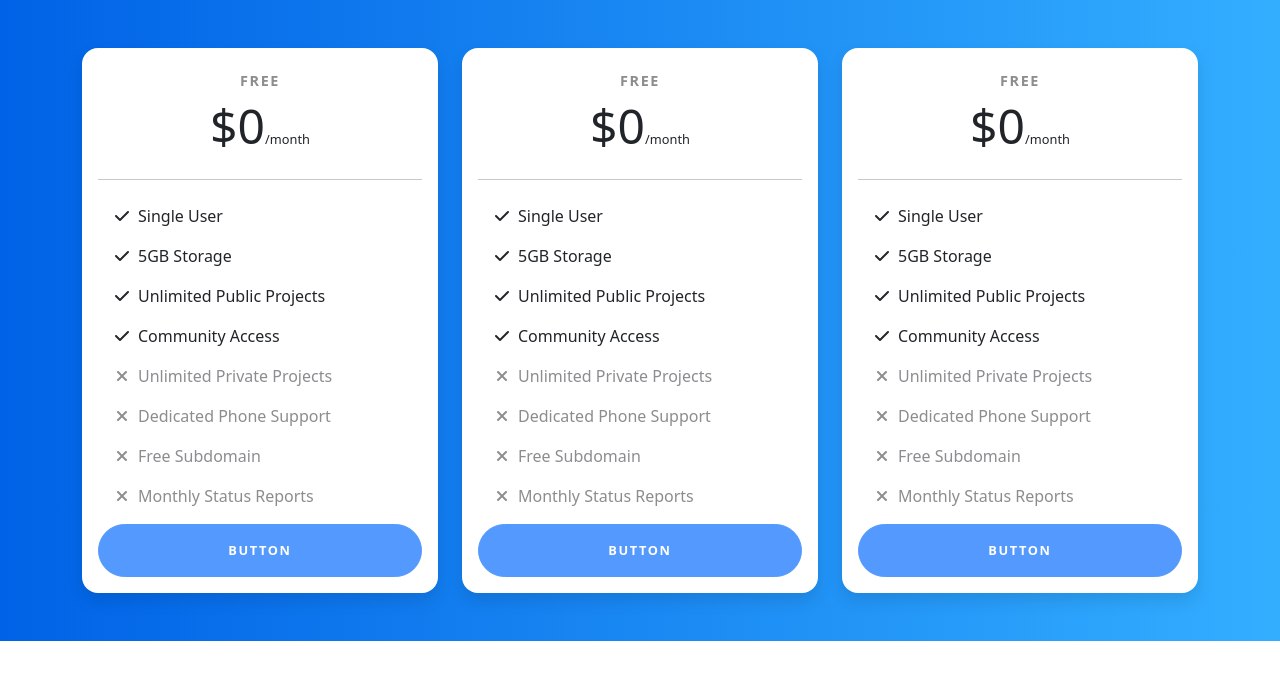
Repository: muzthy8/price-card
Page: /
These files come from the project's save history. The page is drawn as it stood at one moment and after the next save; the edit follows.
The browser window is 1280 px wide. The pictures show the whole page.
Some web libraries are served in a nearby version. The project was rebuilt for these pictures with package versions that can differ from the ones it lists, and the page was loaded fresh each time.

Above is the page before, as saved 2023-06-23 10:10:34.

### public/index.html
<!DOCTYPE html>
<html lang="en">
  <head>
    <meta charset="utf-8" />
    <link rel="icon" href="%PUBLIC_URL%/favicon.ico" />
    <meta name="viewport" content="width=device-width, initial-scale=1" />
    <meta name="theme-color" content="#000000" />
    <meta
      name="description"
      content="Web site created using create-react-app"
    />
    <link rel="apple-touch-icon" href="%PUBLIC_URL%/logo192.png" />
    <!--
      manifest.json provides metadata used when your web app is installed on a
      user's mobile device or desktop. See https://developers.google.com/web/fundamentals/web-app-manifest/
    -->
    <link rel="manifest" href="%PUBLIC_URL%/manifest.json" />
    <!--
      Notice the use of %PUBLIC_URL% in the tags above.
      It will be replaced with the URL of the `public` folder during the build.
      Only files inside the `public` folder can be referenced from the HTML.

      Unlike "/favicon.ico" or "favicon.ico", "%PUBLIC_URL%/favicon.ico" will
      work correctly both with client-side routing and a non-root public URL.
      Learn how to configure a non-root public URL by running `npm run build`.
    -->
    <link href="https://cdn.jsdelivr.net/npm/bootstrap@5.3.0/dist/css/bootstrap.min.css" rel="stylesheet" integrity="sha384-9ndCyUaIbzAi2FUVXJi0CjmCapSmO7SnpJef0486qhLnuZ2cdeRhO02iuK6FUUVM" crossorigin="anonymous">
    <!-- <link rel="stylesheet" href="https://cdnjs.cloudflare.com/ajax/libs/font-awesome/6.4.0/css/all.min.css" integrity="sha512-iecdLmaskl7CVkqkXNQ/ZH/XLlvWZOJyj7Yy7tcenmpD1ypASozpmT/E0iPtmFIB46ZmdtAc9eNBvH0H/ZpiBw==" crossorigin="anonymous" referrerpolicy="no-referrer" /> -->
    <title>Price Card</title>
  </head>
  <body>
    <noscript>You need to enable JavaScript to run this app.</noscript>
    <div id="root"></div>
    <!--
      This HTML file is a template.
      If you open it directly in the browser, you will see an empty page.

      You can add webfonts, meta tags, or analytics to this file.
      The build step will place the bundled scripts into the <body> tag.

      To begin the development, run `npm start` or `yarn start`.
      To create a production bundle, use `npm run build` or `yarn build`.
    -->
    <script src="https://kit.fontawesome.com/9fec16f909.js" crossorigin="anonymous"></script>
  </body>
</html>

### src/App.js

import Card from "./card";

function App() {
  let data = [
    {
      plan:"FREE",
      price:"0"
    },
    {
      plan:"PLUS",
      price:"9"
    },
    {
      plan:"PRO",
      price:"49"
    }
  ]
  return <>
  <section className="pricing py-5">
  <div className="container">
    <div className="row">
          <Card data = {data[0]}/>
          <Card data = {data[1]}/>
          <Card data = {data[2]}/>
    </div>
    </div>
</section>
  </>
}

export default App;

### src/card.js
import React from 'react'

function card({data}) {
    console.log(data)
  return <>
  {/* <!-- Free Tier --> */}
  <div className="col-lg-4">
        <div className="card mb-5 mb-lg-0">
          <div className="card-body">
            <h5 className="card-title text-muted text-uppercase text-center">Free</h5>
            <h6 className="card-price text-center">$0<span className="period">/month</span></h6>
            <hr/>
            <ul className="fa-ul">
              <li><span className="fa-li"><i className="fas fa-check"></i></span>Single User</li>
              <li><span className="fa-li"><i className="fas fa-check"></i></span>5GB Storage</li>
              <li><span className="fa-li"><i className="fas fa-check"></i></span>Unlimited Public Projects</li>
              <li><span className="fa-li"><i className="fas fa-check"></i></span>Community Access</li>
              <li className="text-muted"><span className="fa-li"><i className="fas fa-times"></i></span>Unlimited
                Private Projects</li>
              <li className="text-muted"><span className="fa-li"><i className="fas fa-times"></i></span>Dedicated Phone Support</li>
              <li className="text-muted"><span className="fa-li"><i className="fas fa-times"></i></span>Free Subdomain
              </li>
              <li className="text-muted"><span className="fa-li"><i className="fas fa-times"></i></span>Monthly Status Reports</li>
            </ul>
            <div className="d-grid">
              <a href="javascript(void)" className="btn btn-primary text-uppercase">Button</a>
            </div>
          </div>
        </div>
      </div>
  </>
}
export default card

Loaded but not shown: src/index.js (common file); src/index.css (common file)

After the next save:
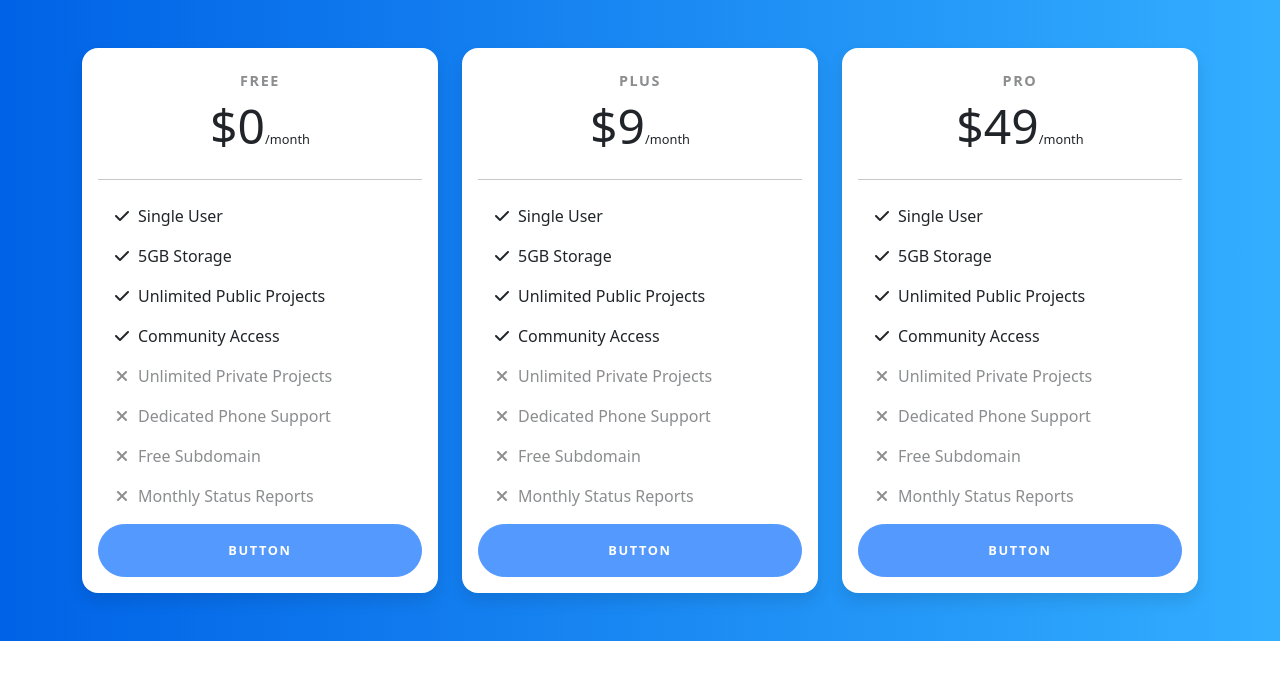
Saved 5 min 58 s later.
--- a/src/card.js
+++ b/src/card.js
@@ -7,8 +7,8 @@ function card({data}) {
   <div className="col-lg-4">
         <div className="card mb-5 mb-lg-0">
           <div className="card-body">
-            <h5 className="card-title text-muted text-uppercase text-center">Free</h5>
-            <h6 className="card-price text-center">$0<span className="period">/month</span></h6>
+            <h5 className="card-title text-muted text-uppercase text-center">{data.plan}</h5>
+            <h6 className="card-price text-center">${data.price}<span className="period">/month</span></h6>
             <hr/>
             <ul className="fa-ul">
               <li><span className="fa-li"><i className="fas fa-check"></i></span>Single User</li>
